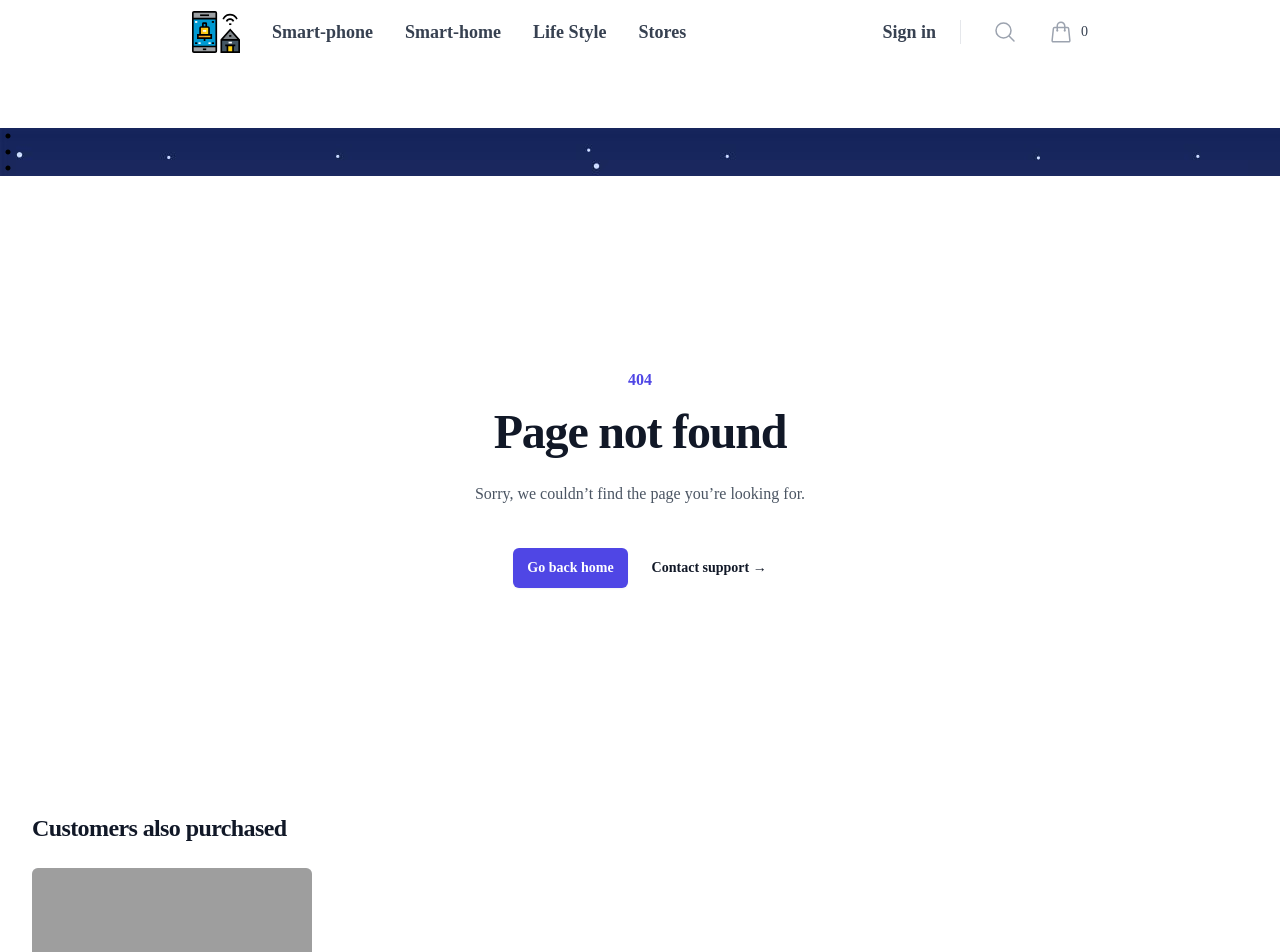
Repository: Gunplay/Smart-Home
Page: /
These files come from the project's save history. The page is drawn as it stood at one moment and after the next save; the edit follows.
The browser window is 1280 px wide. The pictures show the part of the page from y = 0 to 952 px (the page is 1960 px tall before and 1944 px after).
Pictures or frames that could not be fetched are drawn as grey boxes. The project was rebuilt for these pictures with package versions that can differ from the ones it lists, and the page was loaded fresh each time. Also part of the build but not shown: vite.config.js, vite.config.ts.

Above is the page before, as saved 2024-06-25 13:05:04.

### index.html
<!doctype html>
<html lang="en">

<head>
  <meta charset="UTF-8" />
  <link rel="icon" type="image/svg+xml" href="./src/assets/smart-home-svgrepo-com.svg" />
  <meta name="viewport" content="width=device-width, initial-scale=1.0" />
  <title>Smart-Home</title>
  <link real='stylesheet' href='src/style.css'>
</head>

<body>
  <div id="root"></div>

  <script type="module" src="/src/main.tsx"></script>
</body>

</html>

### src/main.tsx
import React from 'react';
import ReactDOM from 'react-dom/client';
import { BrowserRouter as Router } from 'react-router-dom';
import App from './App.tsx';
import './css/style.css';

ReactDOM.createRoot(document.getElementById('root')!).render(
	<React.StrictMode>
		<Router>
			<App />
		</Router>
	</React.StrictMode>
);

### src/App.tsx
// import { useState } from 'react';

// import reactLogo from './assets/react.svg';
// import viteLogo from '/vite.svg';
import AboutUs from './components/AboutUs';
import Carousel from './components/Carousel';
import Header from './components/Header';
import PageNotFound from './components/Page404';
import ProductsList from './components/ProductsList';

function App() {
	return (
		<>
			<div className='mr-[3.75rem] pt-[4.75rem] lg:pt-[5.25rem] overflow-hidden'>
				<Header />
				<Carousel />
			</div>
			<PageNotFound />

			<ProductsList />
			<AboutUs />
		</>
	);
}

export default App;

### src/components/AboutUs/index.tsx
const links = [
	{ name: 'Open roles', href: '#' },
	{ name: 'Internship program', href: '#' },
	{ name: 'Our values', href: '#' },
	{ name: 'Meet our leadership', href: '#' },
];
const stats = [
	{ name: 'Offices worldwide', value: '12' },
	{ name: 'Full-time colleagues', value: '300+' },
	{ name: 'Hours per week', value: '40' },
	{ name: 'Paid time off', value: 'Unlimited' },
];

export default function AboutUs() {
	return (
		<div className='relative isolate overflow-hidden bg-gray-900 py-24 sm:py-32'>
			<img
				src='https://images.unsplash.com/photo-1521737604893-d14cc237f11d?ixlib=rb-4.0.3&ixid=MnwxMjA3fDB8MHxwaG90by1wYWdlfHx8fGVufDB8fHx8&auto=format&fit=crop&crop=focalpoint&fp-y=.8&w=2830&h=1500&q=80&blend=111827&sat=-100&exp=15&blend-mode=multiply'
				alt=''
				className='absolute inset-0 -z-10 h-full w-full object-cover object-right md:object-center'
			/>
			<div
				className='hidden sm:absolute sm:-top-10 sm:right-1/2 sm:-z-10 sm:mr-10 sm:block sm:transform-gpu sm:blur-3xl'
				aria-hidden='true'
			>
				<div
					className='aspect-[1097/845] w-[68.5625rem] bg-gradient-to-tr from-[#ff4694] to-[#776fff] opacity-20'
					style={{
						clipPath:
							'polygon(74.1% 44.1%, 100% 61.6%, 97.5% 26.9%, 85.5% 0.1%, 80.7% 2%, 72.5% 32.5%, 60.2% 62.4%, 52.4% 68.1%, 47.5% 58.3%, 45.2% 34.5%, 27.5% 76.7%, 0.1% 64.9%, 17.9% 100%, 27.6% 76.8%, 76.1% 97.7%, 74.1% 44.1%)',
					}}
				/>
			</div>
			<div
				className='absolute -top-52 left-1/2 -z-10 -translate-x-1/2 transform-gpu blur-3xl sm:top-[-28rem] sm:ml-16 sm:translate-x-0 sm:transform-gpu'
				aria-hidden='true'
			>
				<div
					className='aspect-[1097/845] w-[68.5625rem] bg-gradient-to-tr from-[#ff4694] to-[#776fff] opacity-20'
					style={{
						clipPath:
							'polygon(74.1% 44.1%, 100% 61.6%, 97.5% 26.9%, 85.5% 0.1%, 80.7% 2%, 72.5% 32.5%, 60.2% 62.4%, 52.4% 68.1%, 47.5% 58.3%, 45.2% 34.5%, 27.5% 76.7%, 0.1% 64.9%, 17.9% 100%, 27.6% 76.8%, 76.1% 97.7%, 74.1% 44.1%)',
					}}
				/>
			</div>
			<div className='mx-auto max-w-7xl px-6 lg:px-8'>
				<div className='mx-auto max-w-2xl lg:mx-0'>
					<h2 className='text-4xl font-bold tracking-tight text-white sm:text-6xl'>
						Work with us
					</h2>
					<p className='mt-6 text-lg leading-8 text-gray-300'>
						Anim aute id magna aliqua ad ad non deserunt sunt. Qui irure qui
						lorem cupidatat commodo. Elit sunt amet fugiat veniam occaecat
						fugiat aliqua.
					</p>
				</div>
				<div className='mx-auto mt-10 max-w-2xl lg:mx-0 lg:max-w-none'>
					<div className='grid grid-cols-1 gap-x-8 gap-y-6 text-base font-semibold leading-7 text-white sm:grid-cols-2 md:flex lg:gap-x-10'>
						{links.map(link => (
							<a key={link.name} href={link.href}>
								{link.name} <span aria-hidden='true'>&rarr;</span>
							</a>
						))}
					</div>
					<dl className='mt-16 grid grid-cols-1 gap-8 sm:mt-20 sm:grid-cols-2 lg:grid-cols-4'>
						{stats.map(stat => (
							<div key={stat.name} className='flex flex-col-reverse'>
								<dt className='text-base leading-7 text-gray-300'>
									{stat.name}
								</dt>
								<dd className='text-2xl font-bold leading-9 tracking-tight text-white'>
									{stat.value}
								</dd>
							</div>
						))}
					</dl>
				</div>
			</div>
		</div>
	);
}

### src/components/Carousel/index.tsx
import { SetStateAction, useState } from 'react';
import { BsChevronCompactLeft, BsChevronCompactRight } from 'react-icons/bs';
import { RxDotFilled } from 'react-icons/rx';
import slideOne from '/src/assets/slider-1.jpg';
import slideTwo from '/src/assets/slider-2.jpg';
import slideThree from '/src/assets/slider-3.jpg';
const slides = [
	{
		url: slideOne,
		id: 0,
	},
	{
		url: slideTwo,
		id: 1,
	},
	{
		url: slideThree,
		id: 2,
	},
];
const Carousel = () => {
	const [currentIndex, setCurrentIndex] = useState(0);

	const prevSlide = () => {
		const isFirstSlide = currentIndex === 0;
		const newIndex = isFirstSlide ? slides.length - 1 : currentIndex - 1;
		setCurrentIndex(newIndex);
	};

	const nextSlide = () => {
		const isLastSlide = currentIndex === slides.length - 1;
		const newIndex = isLastSlide ? 0 : currentIndex + 1;
		setCurrentIndex(newIndex);
	};

	const goToSlide = (slideIndex: SetStateAction<number>) => {
		console.log(slideIndex);
		setCurrentIndex(slideIndex);
	};
	return (
		<div className='h-[780px] w-full m-auto py-16 relative group'>
			<div
				style={{ backgroundImage: `url(${slides[currentIndex].url})` }}
				className='w-full h-full bg-center bg-cover duration-500'
			>
				<div>
					{slides.map((slide, slideIndex) => (
						<div
							key={slideIndex}
							className='text-xl cursor-pointer'
							onClick={() => goToSlide(slideIndex)}
						>
							<RxDotFilled />
						</div>
					))}
				</div>
			</div>
			<div className='hidden group-hover:block absolute top-[50%] -translate-x-0 translate-y-[-50%] left-5 text-2xl rounded-full p-2 bg-black/20 text-white cursor-pointer'>
				<BsChevronCompactLeft size={30} onClick={prevSlide} />
			</div>
			<div className='hidden group-hover:block absolute top-[50%] translate-y-[-50%] right-5 text-2xl rounded-full p-2 bg-black/20 text-white cursor-pointer'>
				<BsChevronCompactRight size={30} onClick={nextSlide} />
			</div>
		</div>
	);
};

export default Carousel;

### src/components/Page404/index.tsx
export default function PageNotFound() {
	return (
		<>
			{/*
        This example requires updating your template:

        ```
        <html class="h-full">
        <body class="h-full">
        ```
      */}
			<main className='grid min-h-full place-items-center bg-white px-6 py-24 sm:py-32 lg:px-8'>
				<div className='text-center'>
					<p className='text-base font-semibold text-indigo-600'>404</p>
					<h1 className='mt-4 text-3xl font-bold tracking-tight text-gray-900 sm:text-5xl'>
						Page not found
					</h1>
					<p className='mt-6 text-base leading-7 text-gray-600'>
						Sorry, we couldn’t find the page you’re looking for.
					</p>
					<div className='mt-10 flex items-center justify-center gap-x-6'>
						<a
							href='#'
							className='rounded-md bg-indigo-600 px-3.5 py-2.5 text-sm font-semibold text-white shadow-sm hover:bg-indigo-500 focus-visible:outline focus-visible:outline-2 focus-visible:outline-offset-2 focus-visible:outline-indigo-600'
						>
							Go back home
						</a>
						<a href='#' className='text-sm font-semibold text-gray-900'>
							Contact support <span aria-hidden='true'>&rarr;</span>
						</a>
					</div>
				</div>
			</main>
		</>
	);
}

### src/components/ProductsList/index.tsx
/*
  This example requires some changes to your config:

  ```
  // tailwind.config.js
  module.exports = {
    // ...
    plugins: [
      // ...
      require('@tailwindcss/aspect-ratio'),
    ],
  }
  ```
*/
const products = [
	{
		id: 1,
		name: 'Basic Tee',
		href: '#',
		imageSrc:
			'https://tailwindui.com/img/ecommerce-images/product-page-01-related-product-01.jpg',
		imageAlt: "Front of men's Basic Tee in black.",
		price: '$35',
		color: 'Black',
	},
	// More products...
];

export default function ProductsList() {
	return (
		<div className='bg-white'>
			<div className='mx-auto max-w-2xl px-4 py-16 sm:px-6 sm:py-24 lg:max-w-7xl lg:px-8'>
				<h2 className='text-2xl font-bold tracking-tight text-gray-900'>
					Customers also purchased
				</h2>

				<div className='mt-6 grid grid-cols-1 gap-x-6 gap-y-10 sm:grid-cols-2 lg:grid-cols-4 xl:gap-x-8'>
					{products.map(product => (
						<div key={product.id} className='group relative'>
							<div className='aspect-h-1 aspect-w-1 w-full overflow-hidden rounded-md bg-gray-200 lg:aspect-none group-hover:opacity-75 lg:h-80'>
								<img
									src={product.imageSrc}
									alt={product.imageAlt}
									className='h-full w-full object-cover object-center lg:h-full lg:w-full'
								/>
							</div>
							<div className='mt-4 flex justify-between'>
								<div>
									<h3 className='text-sm text-gray-700'>
										<a href={product.href}>
											<span aria-hidden='true' className='absolute inset-0' />
											{product.name}
										</a>
									</h3>
									<p className='mt-1 text-sm text-gray-500'>{product.color}</p>
								</div>
								<p className='text-sm font-medium text-gray-900'>
									{product.price}
								</p>
							</div>
						</div>
					))}
				</div>
			</div>
		</div>
	);
}

Loaded but not shown: src/css/style.css (1876 lines, source omitted); src/components/Header/index.tsx (539 lines, source omitted)

After the next save:
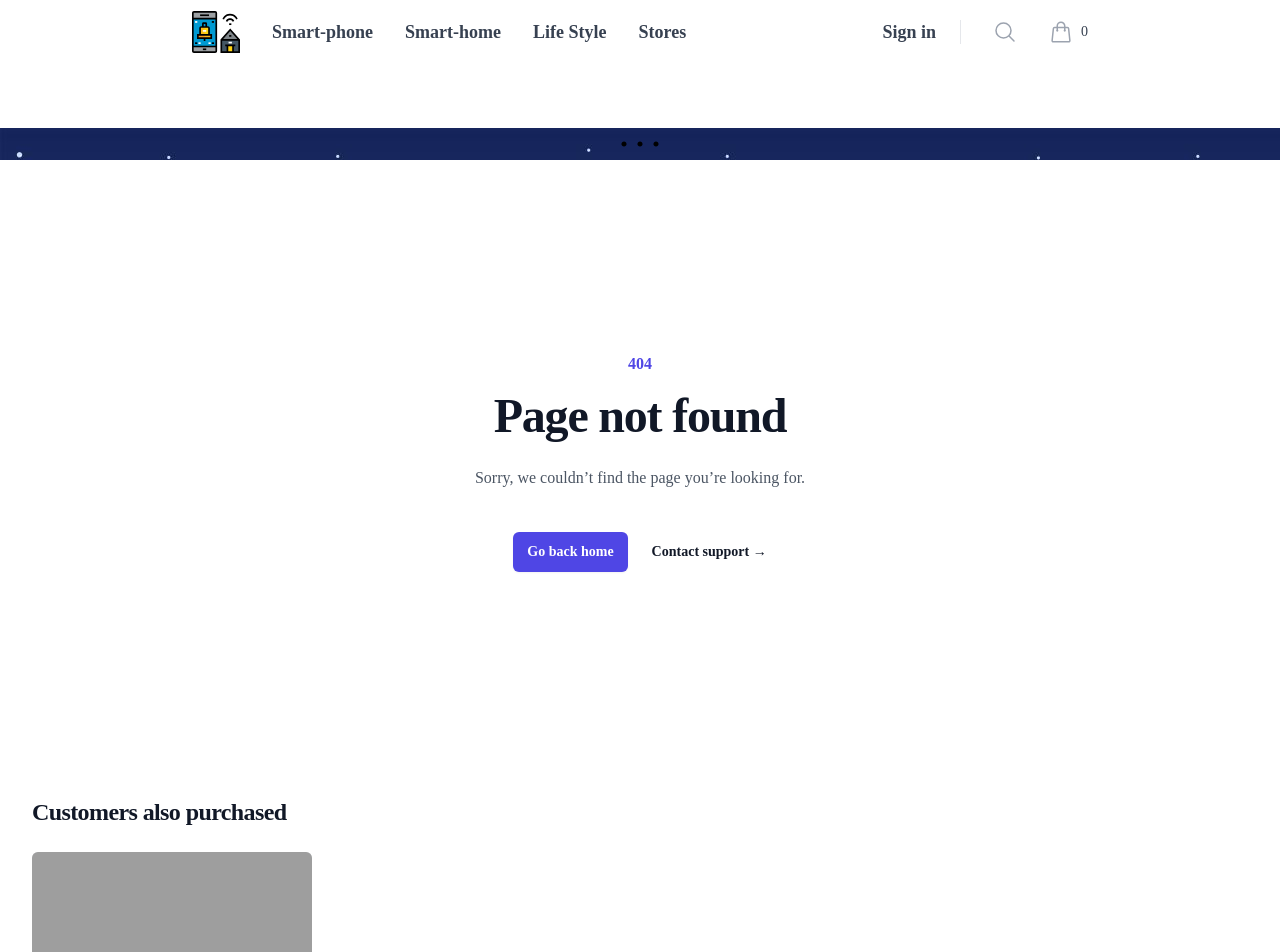
Saved 19 s later.
--- a/src/components/Carousel/index.tsx
+++ b/src/components/Carousel/index.tsx
@@ -43,7 +43,7 @@ const Carousel = () => {
 				style={{ backgroundImage: `url(${slides[currentIndex].url})` }}
 				className='w-full h-full bg-center bg-cover duration-500'
 			>
-				<div>
+				<div className='flex justify-center py-2 align-bottom'>
 					{slides.map((slide, slideIndex) => (
 						<div
 							key={slideIndex}
